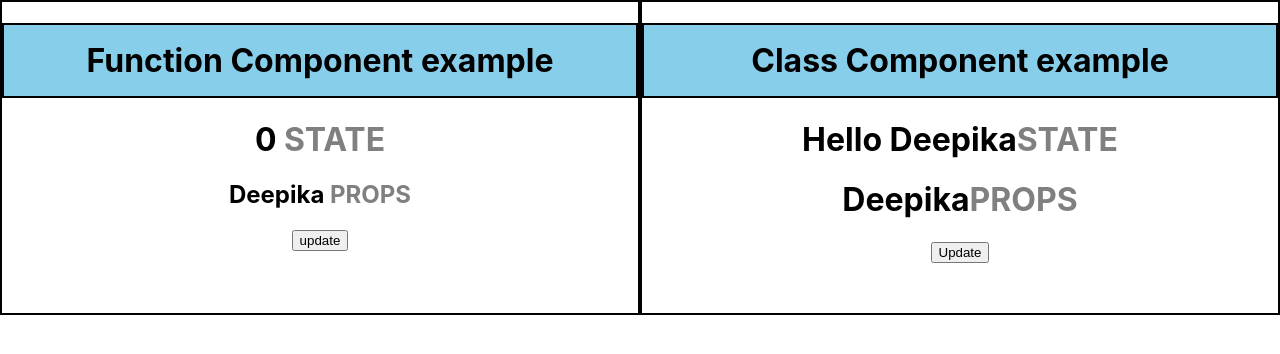
Repository: DeepikaSuretek/React
Page: / (app in practice-app/)
The author's editor kept a copy of each file at every save. The page is drawn from the files as they stood at one save, then again after the next save.
The browser window is 1280 px wide. The pictures show the whole page.
The project was rebuilt for these pictures with package versions that can differ from the ones it lists, and the page was loaded fresh each time.

Above is the page before, as saved 2024-07-08 20:04:45.

After the next save:
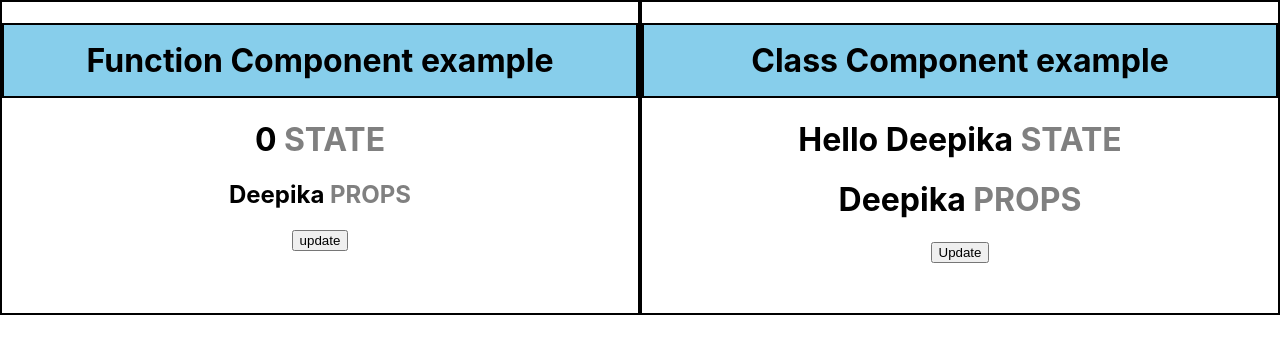
Saved 12 s later.
--- a/practice-app/src/class-component/class.js
+++ b/practice-app/src/class-component/class.js
@@ -13,8 +13,8 @@ class User extends Component{
     }
     render(){
         return(
-           <div><h1>Hello {this.state.data}<span className="highlight">STATE</span></h1>
-           <h1>{this.props.name}<span className="highlight">PROPS</span></h1>
+           <div><h1>Hello {this.state.data}<span className="highlight">  STATE</span></h1>
+           <h1>{this.props.name}<span className="highlight">  PROPS</span></h1>
            <button onClick={()=>this.changeData()}>Update</button>
            </div>
 
